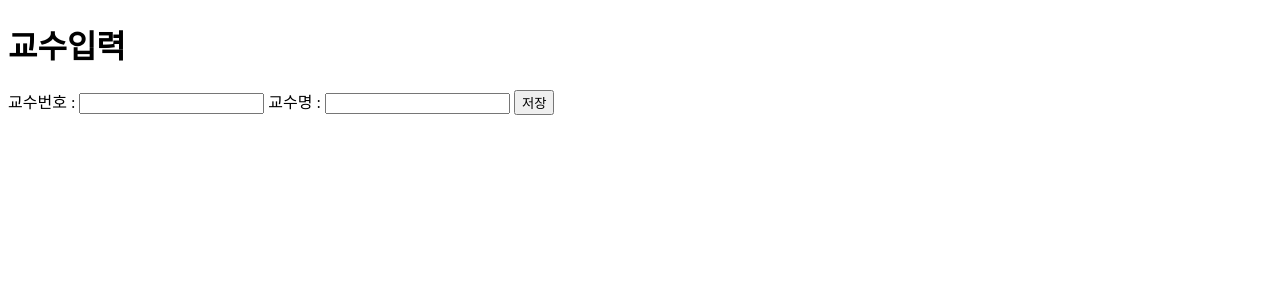
Repository: carminesteel/html
Page: 0406/ex0507/WebContent/pinsert.html
The author's editor kept a copy of each file at every save. The page is drawn from the files as they stood at one save, then again after the next save.
The browser window is 1280 px wide. The pictures show the whole page.
Some web libraries are served in a nearby version.

Above is the page before, as saved 2020-05-07 01:38:12.

After the next save:
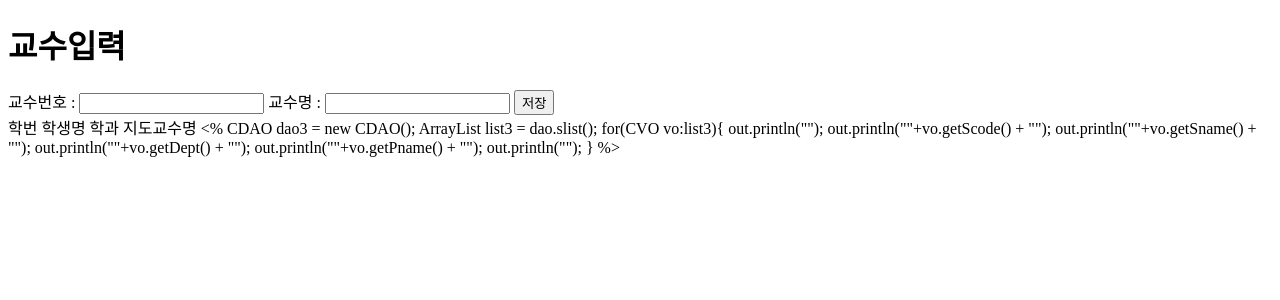
Saved 2 min 13 s later.
--- a/0406/ex0507/WebContent/pinsert.html
+++ b/0406/ex0507/WebContent/pinsert.html
@@ -13,6 +13,24 @@
 		교수명 : <input type = "text" id= "txtpname">
 		<input type = "button" id = "btnSave" value="저장">
 	</div>
+	<tr class = stitle>
+			<td>학번</td>
+			<td>학생명</td>
+			<td>학과</td>
+			<td>지도교수명</td>
+		</tr>
+		<%
+		CDAO dao3 = new CDAO();
+		ArrayList<CVO> list3 = dao.slist();
+		for(CVO vo:list3){
+			out.println("<tr class = srow>");
+			out.println("<td class = scode>"+vo.getScode() + "</td>");
+			out.println("<td>"+vo.getSname() + "</td>");
+			out.println("<td>"+vo.getDept() + "</td>");
+			out.println("<td>"+vo.getPname() + "</td>");
+			out.println("</tr>");
+		}
+		%>
 </body>
 <script>
 	$("#btnSave").on("click", function(){
